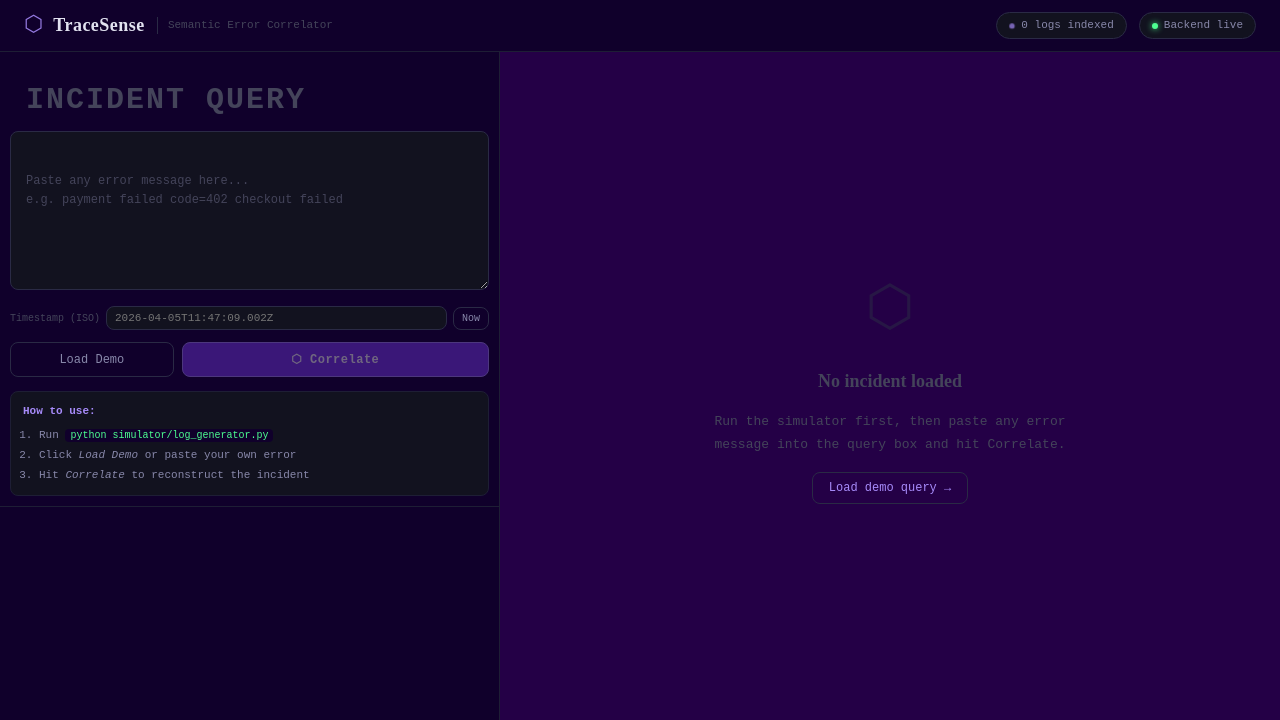
Repository: SaranyaM15/AI_Engineer_Journey
Page: / (app in tracesense/frontend/)
These files come from the project's save history. The page is drawn as it stood at one moment and after the next save; the edit follows.
The browser window is 1280 px wide. The pictures show the whole page.
The page's requests for data from a server got no answer. Some web fonts or font styles are not loaded; a fallback is used. The project was rebuilt for these pictures with package versions that can differ from the ones it lists, and the page was loaded fresh each time. No one was signed in, and anything a server would have sent is missing. Also part of the build but not shown: tracesense/frontend/vite.config.js, tracesense/frontend/src/components/Timeline.jsx, tracesense/frontend/src/components/LogFeed.jsx.

Above is the page before, as saved 2026-04-05 18:52:46.

After the next save:
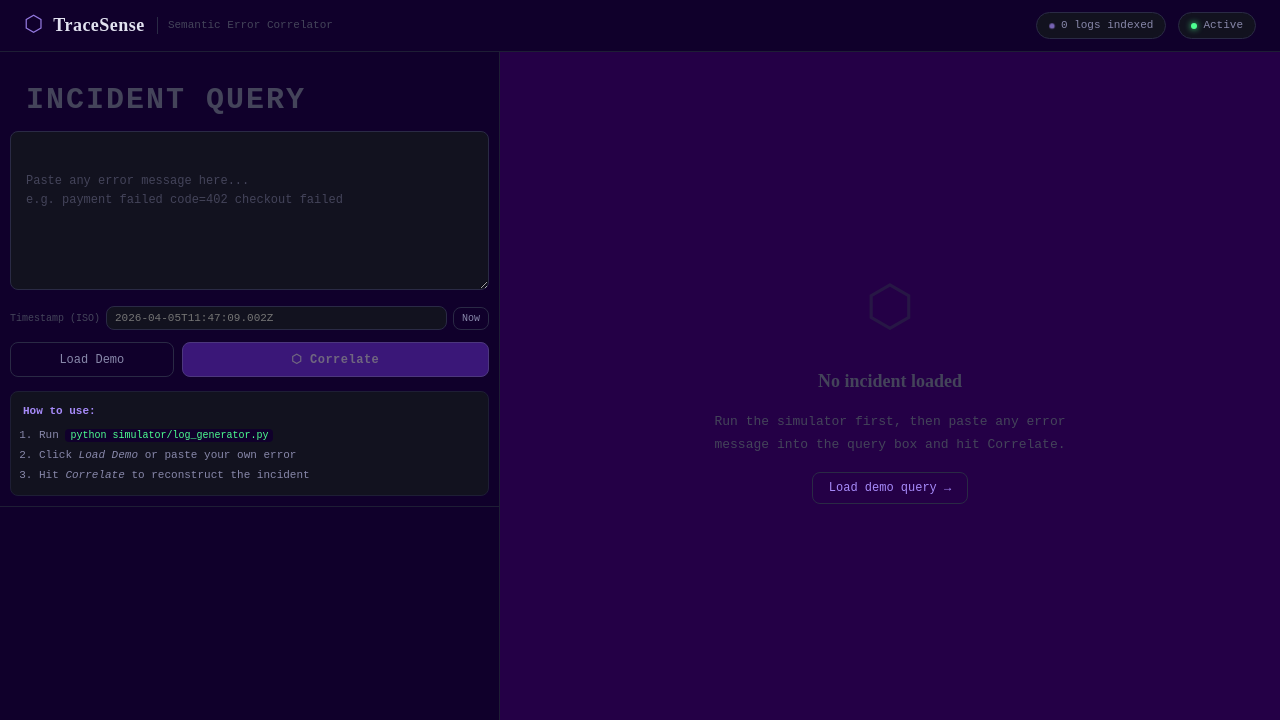
Saved 76 s later.
--- a/tracesense/frontend/src/App.jsx
+++ b/tracesense/frontend/src/App.jsx
@@ -73,7 +73,7 @@ export default function App() {
           </div>
           <div className="status-pill">
             <span className="status-dot" />
-            <span>Backend live</span>
+            <span>Active</span>
           </div>
         </div>
       </header>
